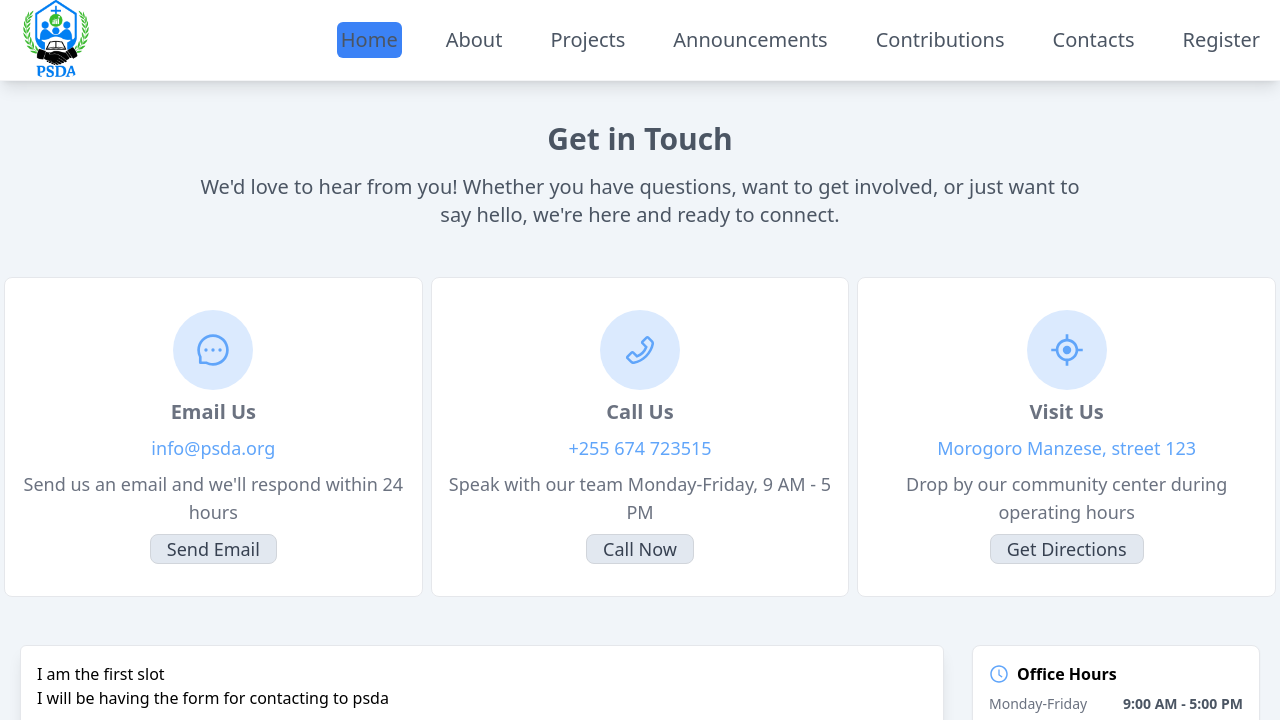
Repository: Zedestar/psda
Page: /contact
These files come from the project's save history. The page is drawn as it stood at one moment and after a run of saves; the edit follows.
The browser window is 1280 px wide. The pictures show the whole page.
An inner scrolling area shows only its first screen. The project was rebuilt for these pictures with package versions that can differ from the ones it lists, and the page was loaded fresh each time. Also part of the build but not shown: src/components/cards/primary-card.jsx, src/components/cards/two-lines-card.jsx, src/components/button/full-rounded-button.jsx, src/components/homepic/index.jsx, src/pages/home/what-we-do.js, src/pages/home/what_makes_psda_special_data.js, src/pages/home/make_difference_data.js, src/pages/home/home.jsx and 27 more.

Above is the page before, as saved 2025-08-04 15:31:50.

After the next 2 saves:
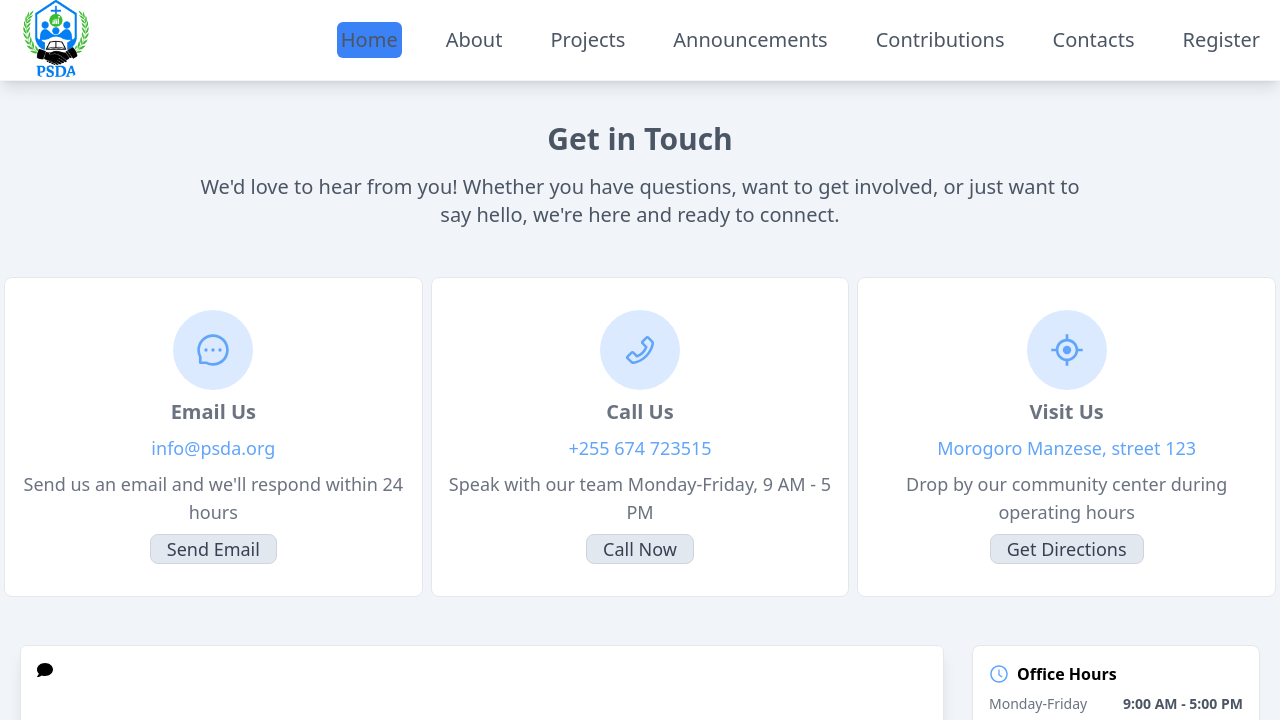
The 2 saves are shown as one change because 1 did not build or start.
The last was saved 40 s later.
--- a/src/pages/contacts/contacts.jsx
+++ b/src/pages/contacts/contacts.jsx
@@ -9,6 +9,7 @@ import stayInTouchData from "./stayInTouchData";
 import OfficeHours from "./office-hours";
 import QuickActionsCard from "./quick-actions-card";
 import FindUs from "./find-us";
+import { FaComment } from "react-icons/fa";
 
 function Contacts() {
   return (
@@ -26,10 +27,7 @@ function Contacts() {
       <TwoSlotContainer
         firstSlot={
           <div>
-            <p>I am the first slot</p>
-            <div>
-              <p>I will be having the form for contacting to psda</p>
-            </div>
+            <FaComment />
           </div>
         }
         secondSlot={
